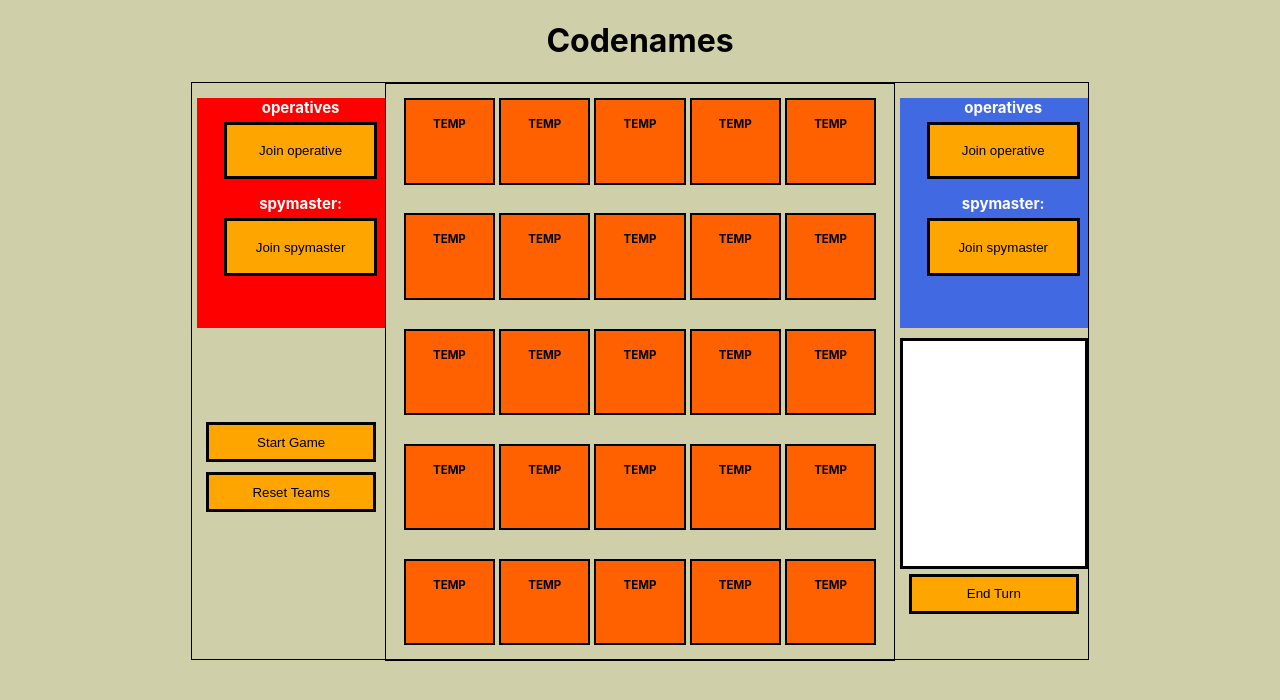
Repository: alcarrizo/Codenames-Fullstack
Page: / (app in client/)
These files come from the project's save history. The page is drawn as it stood at one moment and after the next save; the edit follows.
The browser window is 1280 px wide. The pictures show the whole page.
The project was rebuilt for these pictures with package versions that can differ from the ones it lists, and the page was loaded fresh each time. Imported but missing from the stored project, and not drawn on this page: client/src/reportWebVitals.

Above is the page before, as saved 2023-01-09 21:07:21.

After the next save:
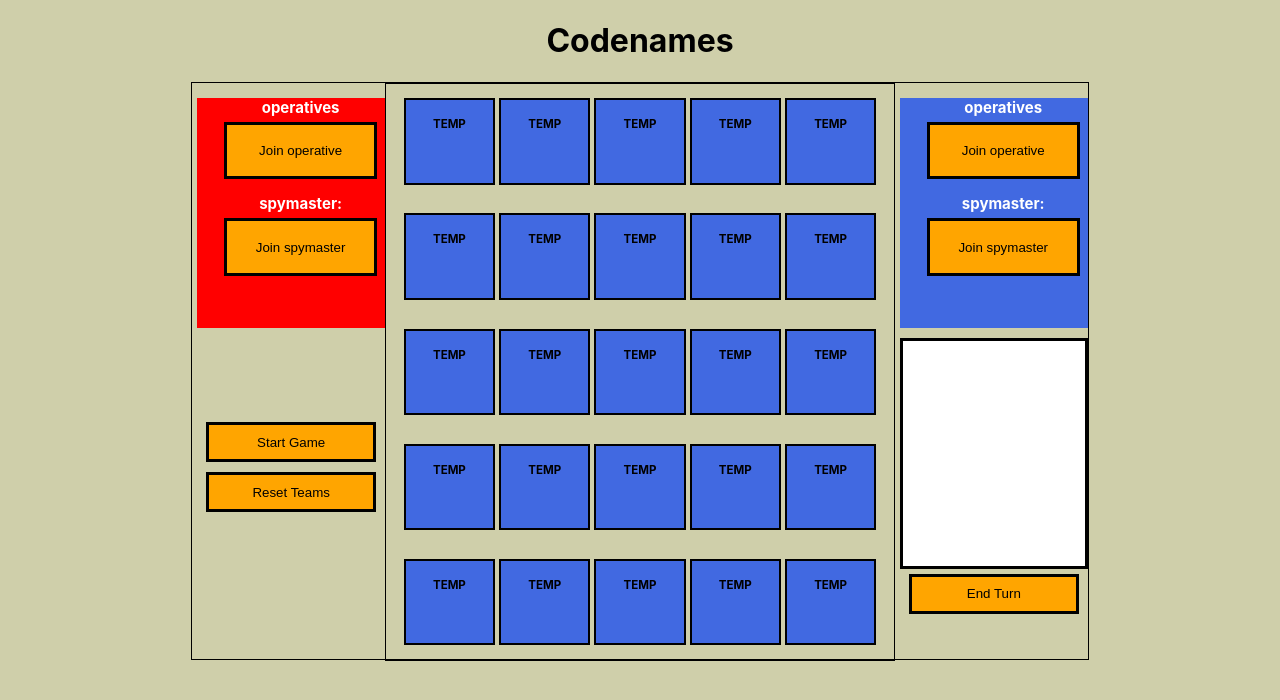
Saved 8 s later.
--- a/client/src/App.js
+++ b/client/src/App.js
@@ -87,7 +87,7 @@ const App = () => {
 
   const [cards, setCards] = useState(Array(25).fill({
     word: null,
-    team: 'red',
+    team: 'blue',
     clicked: true
   }))
 
